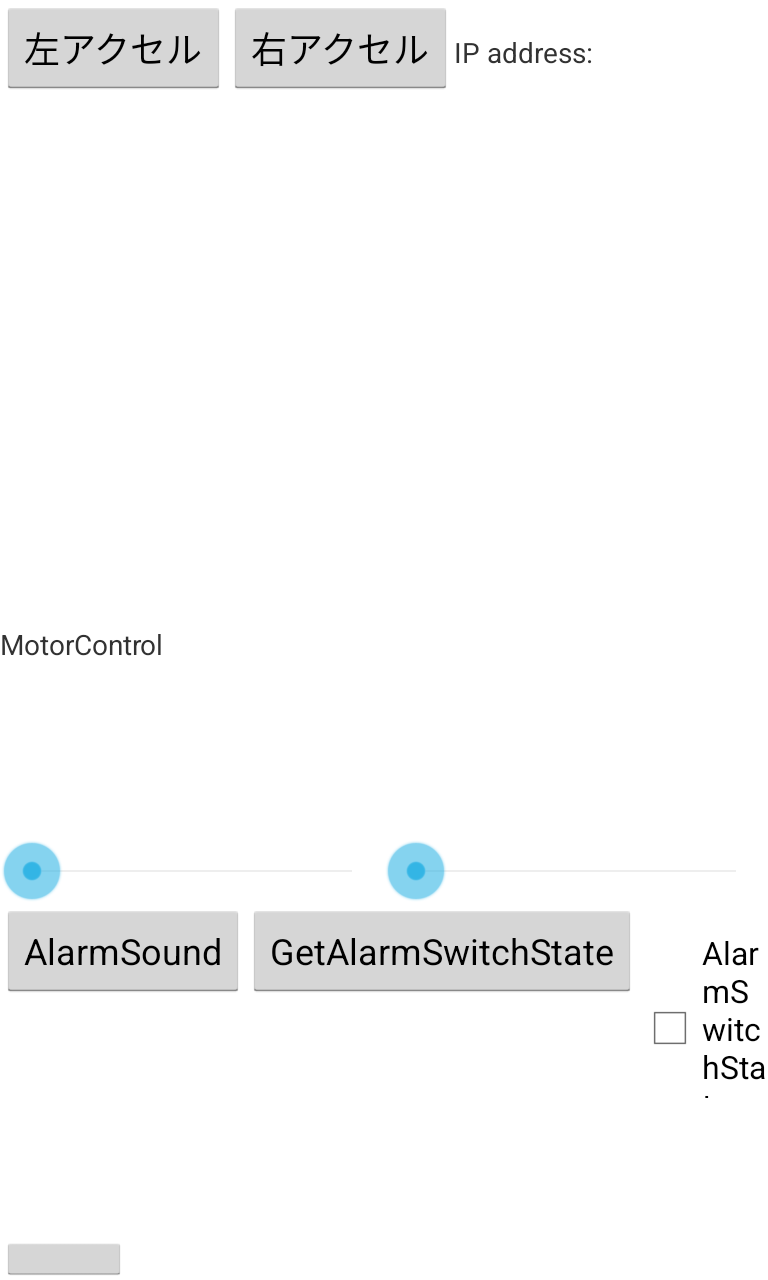
Repository: takugoto/2WD-car
Layout: workspace/SS2012FPGAtest/res/layout/activity_main.xml
These files come from the project's save history. The layout is drawn as it stood at one moment and after the next save; the edit follows.
It is drawn on a 768 x 1280 px phone screen (xhdpi) without system bars, with theme AppTheme; the app's code is not run.

Above is the layout before, as saved 2013-01-17 06:15:21.

After the next save:
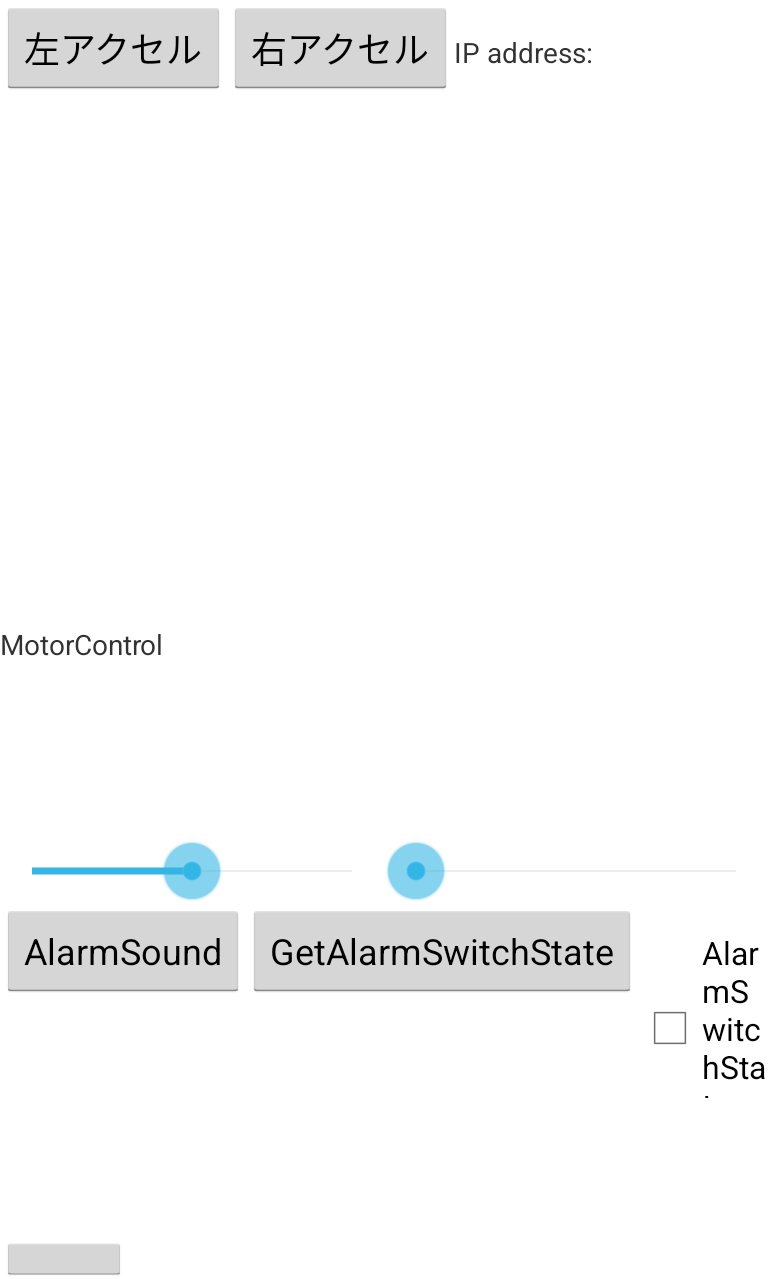
Saved 108 s later.
--- a/workspace/SS2012FPGAtest/res/layout/activity_main.xml
+++ b/workspace/SS2012FPGAtest/res/layout/activity_main.xml
@@ -73,7 +73,9 @@
                 android:layout_width="match_parent"
                 android:layout_height="wrap_content"
                 android:layout_marginTop="88dp"
-                android:layout_weight="1" />
+                android:layout_weight="1"
+                android:max="2000"
+        		android:progress="1000" />
 
             <SeekBar
                 android:id="@+id/seekBarRight"
